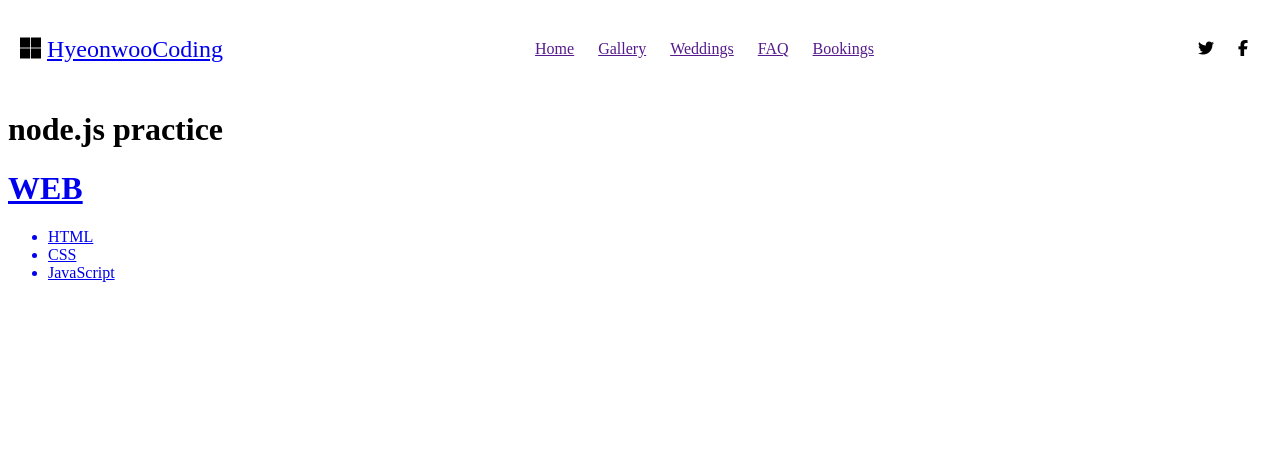
Repository: hhw12409/pracite-node.js
Page: http://localhost/
The author's editor kept a copy of each file at every save. The page is drawn from the files as they stood at one save, then again after the next save.
The browser window is 1280 px wide. The pictures show the whole page.
Some web fonts or font styles are not loaded; a fallback is used. Some web libraries are served in a nearby version. The page is served by the project's Node server (server.js).

Above is the page before, as saved 2022-04-30 10:05:35.
Not found: main.js

### views/index.ejs
<!DOCTYPE html>
<html lang="en">
<head>
  <meta charset="UTF-8">
  <meta http-equiv="X-UA-Compatible" content="IE=edge">
  <meta name="viewport" content="width=device-width, initial-scale=1.0">
  <title>node.js practice</title>
</head>
<body>
  <%- include('nav.html')%>
  <h1>node.js practice</h1>
  <a href="/"><h1>WEB</h1></a>
  <ul>
    <a class="link" href="/html"><li>HTML</li></a>
    <a class="link" href="/css"><li>CSS</li></a>
    <a class="link" href="/javascript"><li>JavaScript</li></a>
  </ul>
</body>
</html>

### views/nav.html

<!DOCTYPE html>
<html lang="en">
<head>
    <meta charset="UTF-8">
    <meta http-equiv="X-UA-Compatible" content="IE=edge">
    <meta name="viewport" content="width=device-width, initial-scale=1.0">
    <link rel="stylesheet" href="/css/components/nav-bar.css">
    <link rel="preconnect" href="https://fonts.googleapis.com">
    <link rel="preconnect" href="https://fonts.gstatic.com" crossorigin>
    <title>Nav bar</title>
    <script
    src="https://kit.fontawesome.com/6478f529f2.js"
    crossorigin="anonymous">
    </script>
    <script src="main.js" defer></script>
</head>
<body>
    <nav class="navbar">
        <div class="navbar__logo">
            <i class="fab fa-microsoft"></i>
            <a href="#">HyeonwooCoding</a>
        </div>

        <ul class="navbar__menu">
            <li><a href="">Home</a></li>
            <li><a href="">Gallery</a></li>
            <li><a href="">Weddings</a></li>
            <li><a href="">FAQ</a></li>
            <li><a href="">Bookings</a></li>
        </ul>

        <ul class="navbar__icons">
            <li><i class="fab fa-twitter"></i></li>
            <li><i class="fab fa-facebook-f"></i></li>
        </ul>

        <a href="#" class="navbar__togleBtn">
            <i class="fas fa-bars"></i>
        </a>
    </nav>
</body>
</html>

### server.js
const express = require('express');
const app = express();

// css middleware연동
app.use(express.static(__dirname + '/public'));

app.set('view engine', 'ejs');

require('dotenv').config()

app.get('/', (req, res)=> {
  res.render('index.ejs', {})
})

app.get('/html', (req, res)=> {
  res.render('html.ejs', {})
})

app.get('/css', (req, res)=> {
  res.render('css.ejs', {})
})

app.get('/javascript', (req, res)=> {
  res.render('javascript.ejs', {})
})

app.listen(process.env.PORT , function(){
  console.log("listening on server");
});

### public/css/components/nav-bar.css
.navbar {
  display: flex;
  justify-content: space-between;
  align-items: center;
  background-color: var(--background-color);
  padding: 8px 12px;
}

.navbar__logo {
  font-size: 24px;
  color: var(--text-color);
}

.navbar__logo i {
  color: var(--accent-color);
}

.navbar__menu {
  display: flex;
  list-style: none;
  padding-left: 0;
}

.navbar__menu li {
  padding : 8px 12px;
}

.navbar__menu li:hover {
  background-color: var(--accent-color);
  border-radius: 4px;
}

.navbar__icons {
  list-style: none;
  color:var(--text-color);
  display: flex;
  padding-left: 0;
}

.navbar__icons li {
  padding: 8px 12px;
}

.navbar__togleBtn {
  display: none;
  position: absolute;
  right: 32px;
  font-size: 24px;
  color: var(--accent-color);
}

@media screen and (max-width: 768px) {
  .navbar {
      flex-direction: column;
      align-items: flex-start;
      padding: 8px 24px;
  }

  .navbar__menu {
      display: none;
      flex-direction: column;
      align-items: center;
      width: 100%;
  }

  .navbar__menu li {
      width:100%;
      text-align: center;
  }

  .navbar__icons {
      display: none;
      justify-content: center;
      width: 100%;
  }

  .navbar__togleBtn {
      display: block;
  }

  .navbar__menu.active,
  .navbar__icons.active {
      display: flex;
  }
}

### public/css/styles.css
@import url("https://fonts.googleapis.com/css2?family=Source+Sans+Pro&display=swap");

@import "variables.css";

/* Components */
/* @import "components/nav-bar.css"; */

body{
  margin: 0;
  font-family: 'Source Sans Pro', sans-serif;
}

a:not(.link-list) {
  text-decoration: none;
  color:var(--text-color);
}

### public/css/variables.css
:root {
  --text-color: #f0f4f5;
  --background-color: #263343;
  --accent-color: #d49466;
}

After the next save:
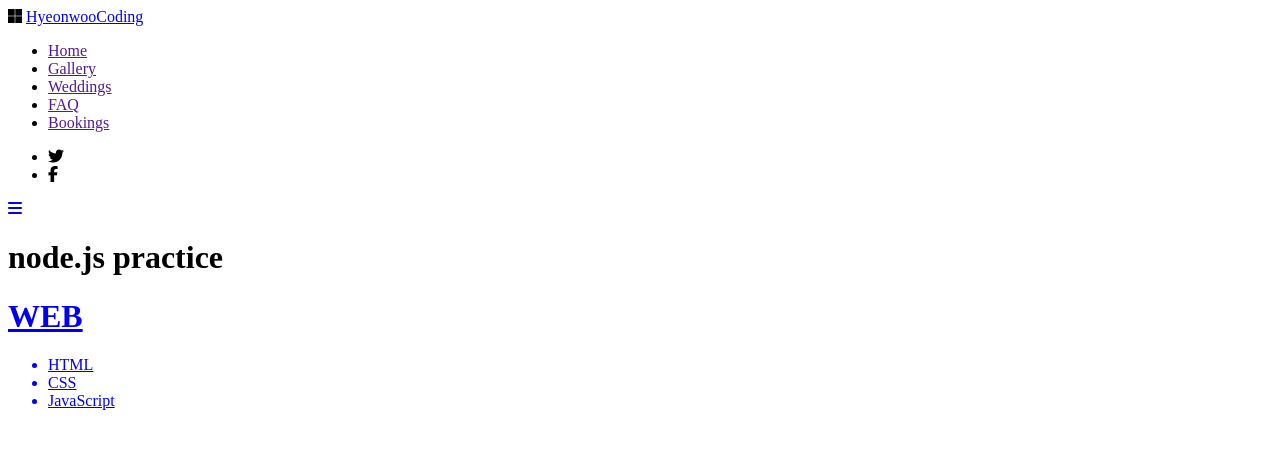
Not found: public/components/styles.css
Saved 55 s later.
--- a/views/nav.html
+++ b/views/nav.html
@@ -5,7 +5,7 @@
     <meta charset="UTF-8">
     <meta http-equiv="X-UA-Compatible" content="IE=edge">
     <meta name="viewport" content="width=device-width, initial-scale=1.0">
-    <link rel="stylesheet" href="/css/components/nav-bar.css">
+    <link rel="stylesheet" href="public/components/styles.css">
     <link rel="preconnect" href="https://fonts.googleapis.com">
     <link rel="preconnect" href="https://fonts.gstatic.com" crossorigin>
     <title>Nav bar</title>

After the 2 saves that followed:
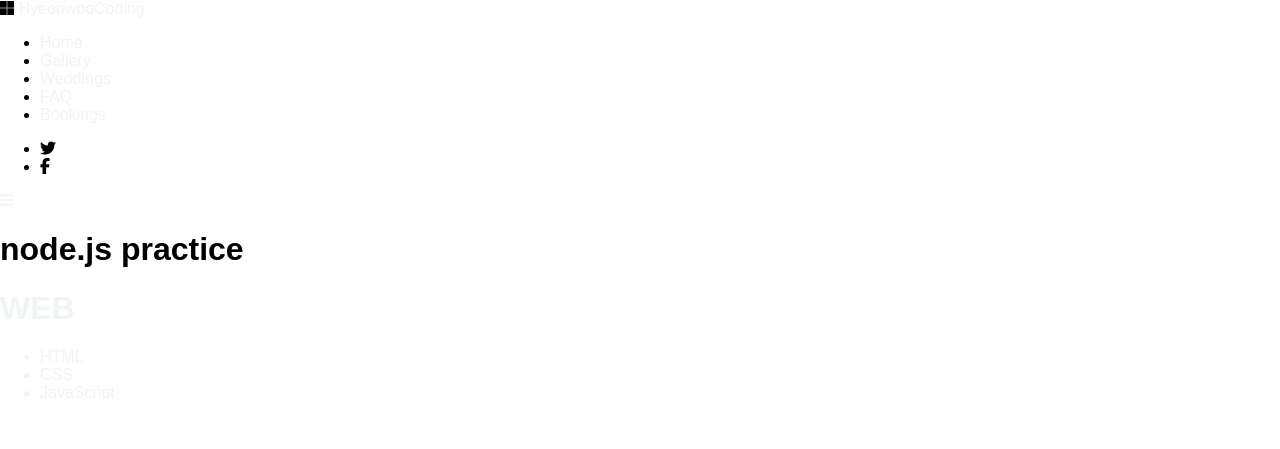
The 2 saves are shown as one change because 1 left the picture as it was.
The last was saved 17 s later.
--- a/views/nav.html
+++ b/views/nav.html
@@ -5,7 +5,7 @@
     <meta charset="UTF-8">
     <meta http-equiv="X-UA-Compatible" content="IE=edge">
     <meta name="viewport" content="width=device-width, initial-scale=1.0">
-    <link rel="stylesheet" href="public/components/styles.css">
+    <link rel="stylesheet" href="/css/styles.css">
     <link rel="preconnect" href="https://fonts.googleapis.com">
     <link rel="preconnect" href="https://fonts.gstatic.com" crossorigin>
     <title>Nav bar</title>
